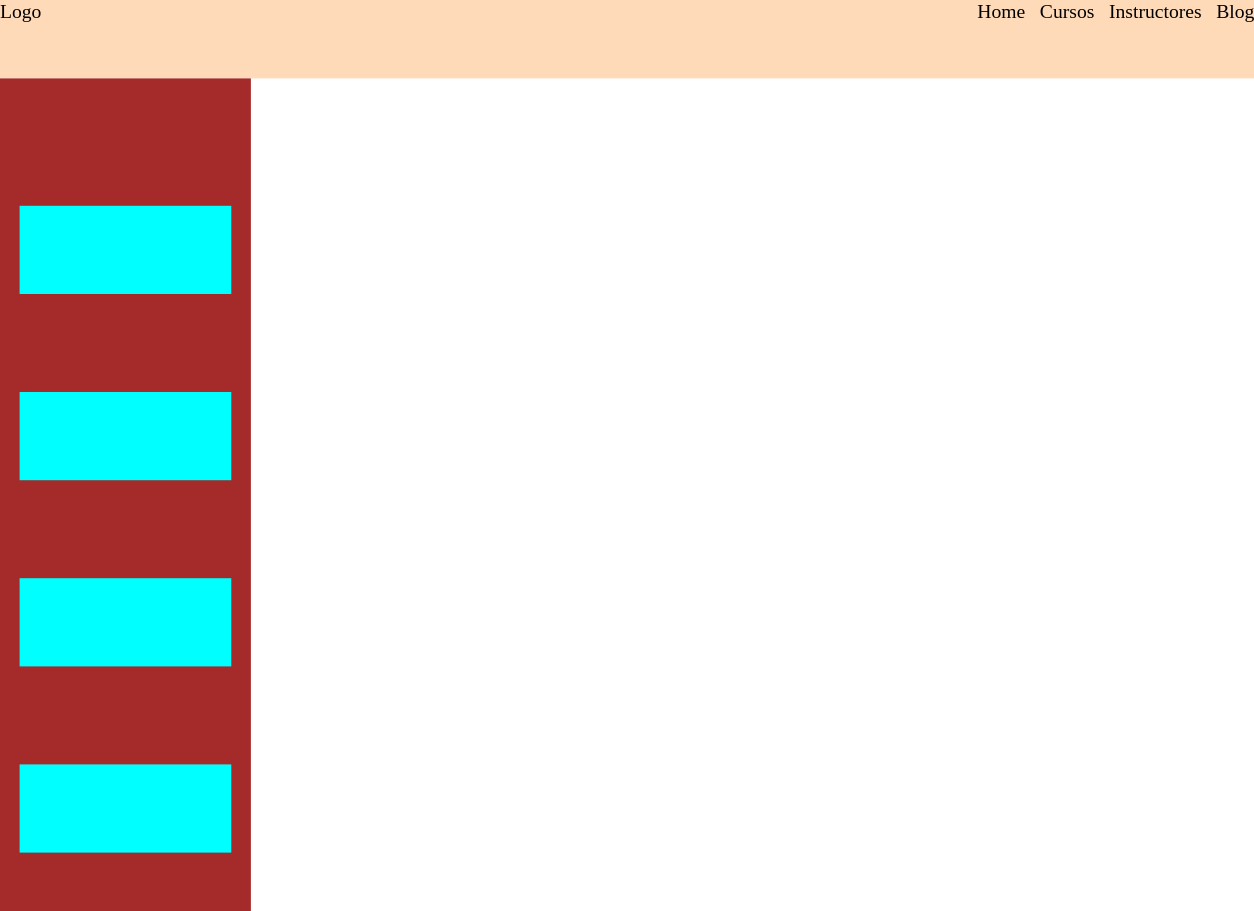
Repository: Daniel009980/daniel0099980
Page: desafiolayout1/index.html
These files come from the project's save history. The page is drawn as it stood at one moment and after the next save; the edit follows.
The browser window is 1280 px wide. The pictures show the whole page, at 98% of full size.

Above is the page before, as saved 2022-09-21 20:12:40.

After the next save:
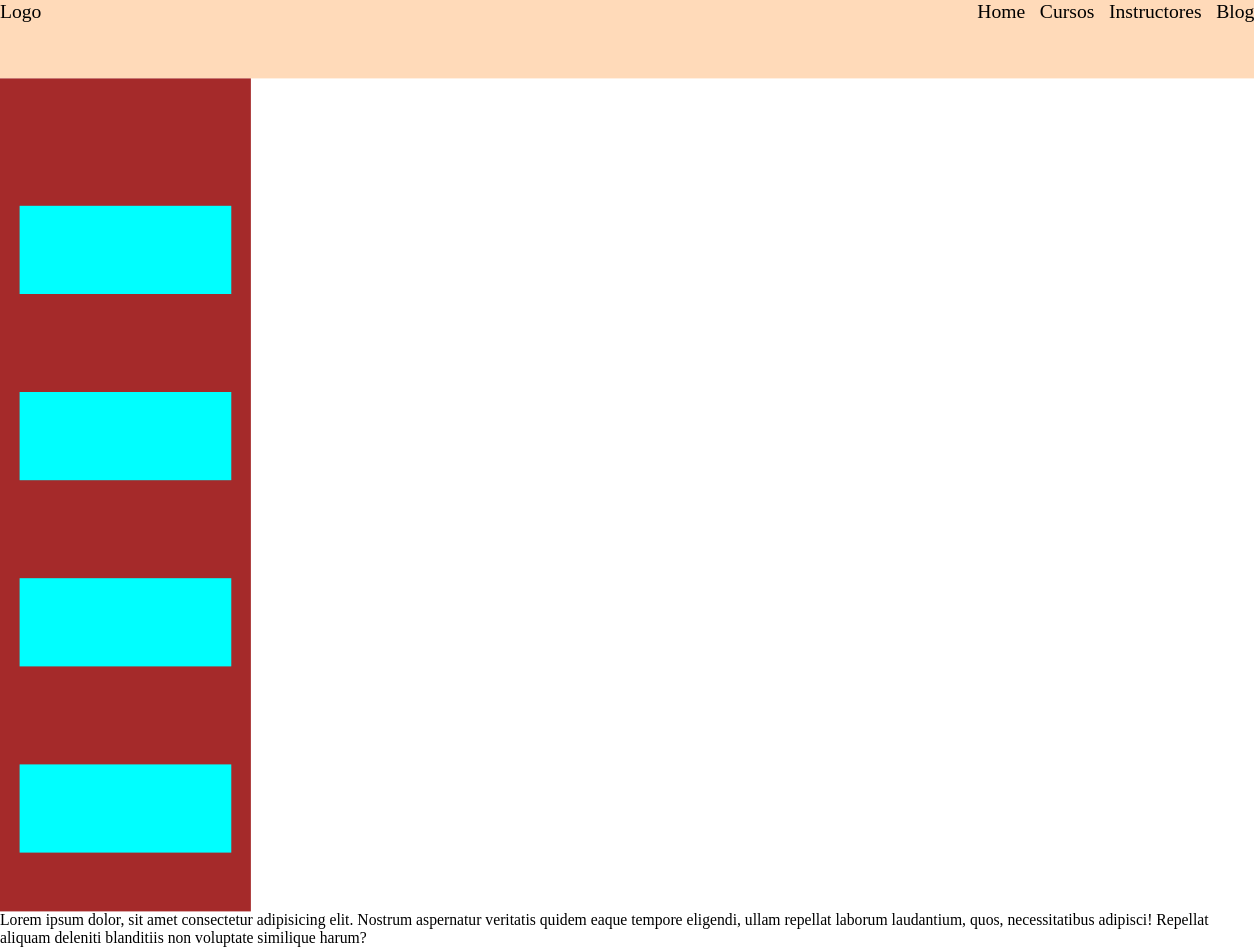
Saved 2 min 19 s later.
--- a/desafiolayout1/index.html
+++ b/desafiolayout1/index.html
@@ -25,5 +25,8 @@
         <li></li>
     </ul>
 </section>
+<section>
+    <p>Lorem ipsum dolor, sit amet consectetur adipisicing elit. Nostrum aspernatur veritatis quidem eaque tempore eligendi, ullam repellat laborum laudantium, quos, necessitatibus adipisci! Repellat aliquam deleniti blanditiis non voluptate similique harum?</p>
+</section>
 </body>
 </html>
